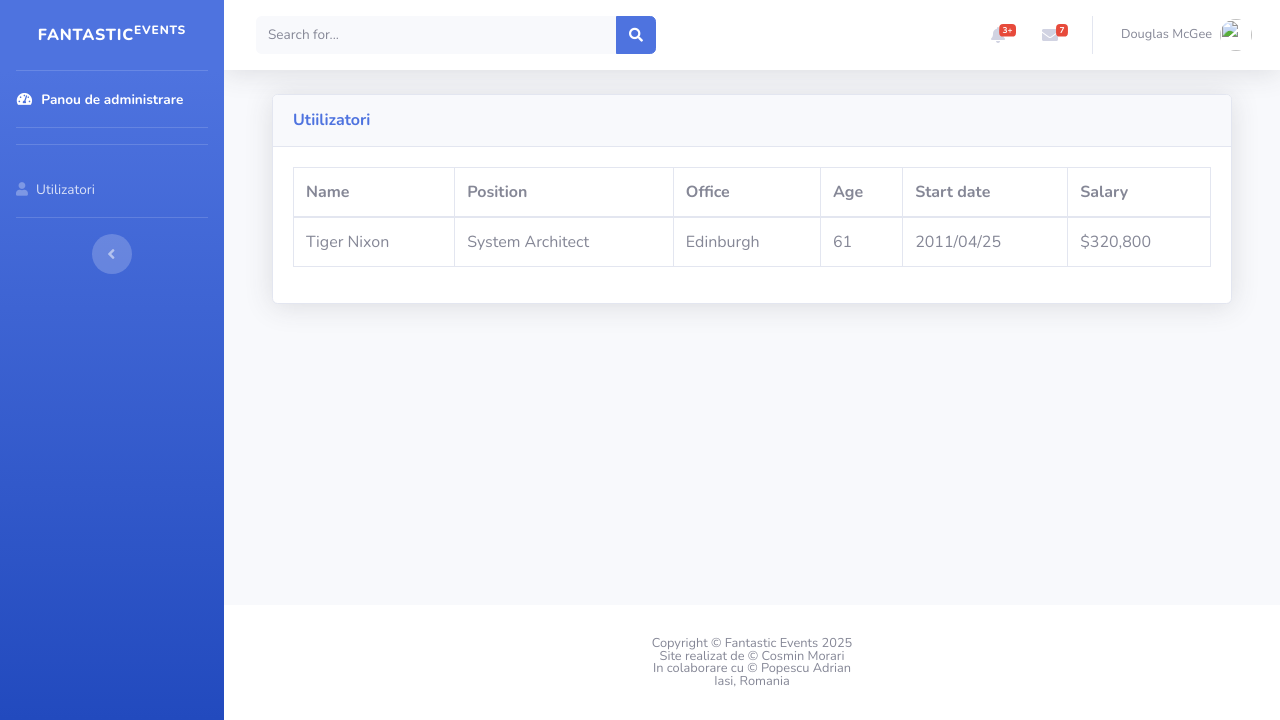
Repository: cosmin05072018/fantastic-events-manager
Page: resources/views/superAdmin/usermanagement.blade.php
An editor plug-in stored every save of this project. The page is shown before and after the next save, followed by the edit.
The browser window is 1280 px wide. The pictures show the whole page.
The page is served by the project's Laravel application, run on PHP 8.4 with Laravel 10. The template is opened directly, without the code that normally fills it, so the values that code supplies are empty.

Above is the page before, as saved 2024-11-23 16:43:43.
Console error: TypeError: Cannot read properties of null (reading 'length')

After the next save:
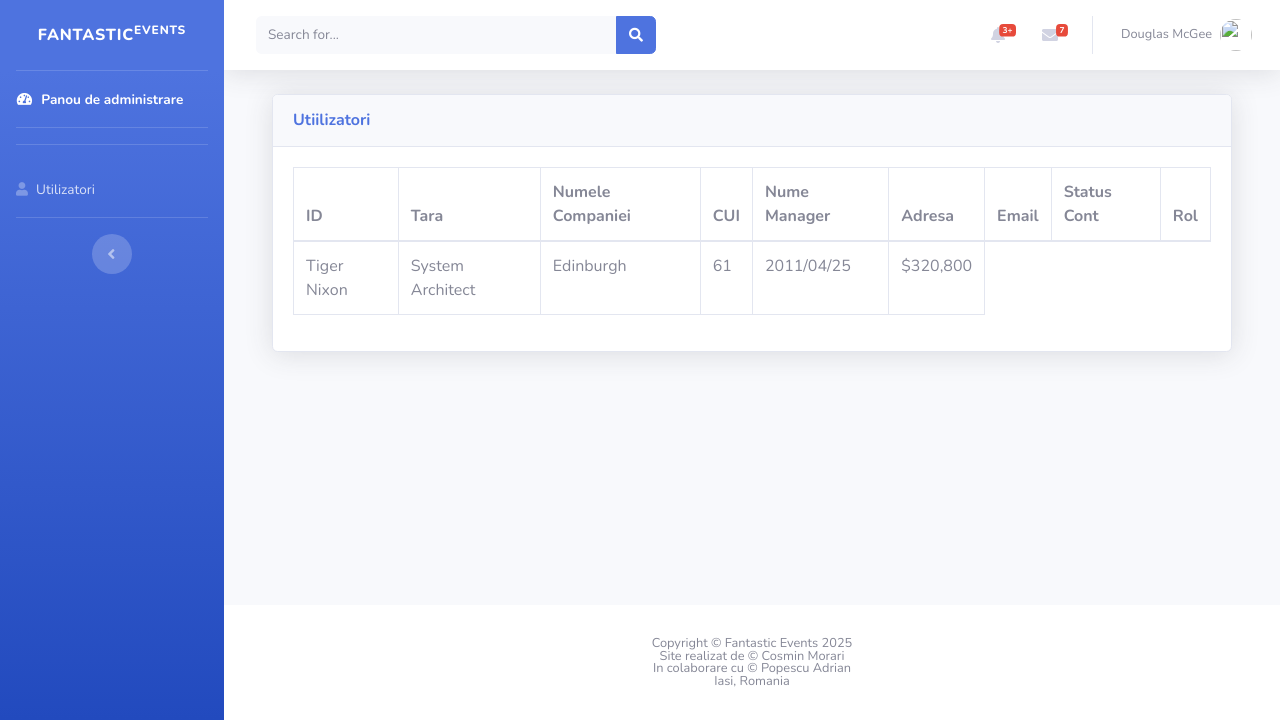
Saved 2 min 44 s later.
--- a/resources/views/superAdmin/usermanagement.blade.php
+++ b/resources/views/superAdmin/usermanagement.blade.php
@@ -377,12 +377,15 @@
                                 <table class="table table-bordered" id="dataTable" width="100%" cellspacing="0">
                                     <thead>
                                         <tr>
-                                            <th>Name</th>
-                                            <th>Position</th>
-                                            <th>Office</th>
-                                            <th>Age</th>
-                                            <th>Start date</th>
-                                            <th>Salary</th>
+                                            <th>ID</th>
+                                            <th>Tara</th>
+                                            <th>Numele Companiei</th>
+                                            <th>CUI</th>
+                                            <th>Nume Manager</th>
+                                            <th>Adresa</th>
+                                            <th>Email</th>
+                                            <th>Status Cont</th>
+                                            <th>Rol</th>
                                         </tr>
                                     </thead>
                                     <tbody>
